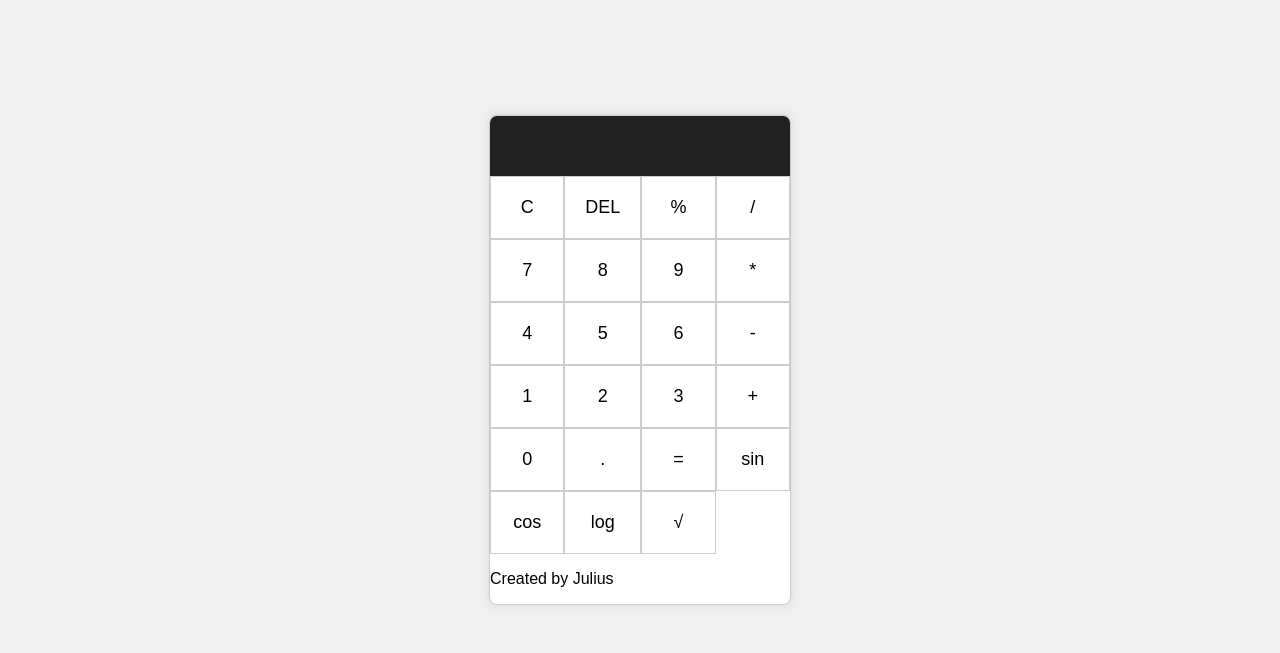
Repository: JuliusMonday/myCalculator
Page: index.html
The author's editor kept a copy of each file at every save. The page is drawn from the files as they stood at one save, then again after a run of saves.
The browser window is 1280 px wide. The pictures show the whole page.

Above is the page before, as saved 2024-05-31 08:42:06.

### index.html
<!DOCTYPE html>
<html lang="en">
<head>
    <meta charset="UTF-8">
    <meta name="viewport" content="width=device-width, initial-scale=1.0">
    <title>JuliusCalc - Scientific Calculator</title>
    <link rel="stylesheet" href="styles.css">
</head>
<body>
    <div class="calculator">
        <div class="display">
            <input type="text" id="result" disabled>
        </div>
        <div class="buttons">
            <button onclick="clearDisplay()">C</button>
            <button onclick="deleteChar()">DEL</button>
            <button onclick="appendChar('%')">%</button>
            <button onclick="appendChar('/')">/</button>

            <button onclick="appendChar('7')">7</button>
            <button onclick="appendChar('8')">8</button>
            <button onclick="appendChar('9')">9</button>
            <button onclick="appendChar('*')">*</button>

            <button onclick="appendChar('4')">4</button>
            <button onclick="appendChar('5')">5</button>
            <button onclick="appendChar('6')">6</button>
            <button onclick="appendChar('-')">-</button>

            <button onclick="appendChar('1')">1</button>
            <button onclick="appendChar('2')">2</button>
            <button onclick="appendChar('3')">3</button>
            <button onclick="appendChar('+')">+</button>

            <button onclick="appendChar('0')">0</button>
            <button onclick="appendChar('.')">.</button>
            <button onclick="calculate()">=</button>

            <button onclick="appendChar('Math.sin(')">sin</button>
            <button onclick="appendChar('Math.cos(')">cos</button>
            <button onclick="appendChar('Math.log(')">log</button>
            <button onclick="appendChar('Math.sqrt(')">√</button>
        </div>
        <p>Created by Julius</p>
    </div>
    <script src="index.js"></script>
</body>
</html>

### styles.css
body {
    display: flex;
    justify-content: center;
    align-items: center;
    height: 100vh;
    background-color: #f0f0f0;
    font-family: 'Arial', sans-serif;
    margin: 0;
}

.calculator {
    width: 300px;
    border: 1px solid #ccc;
    border-radius: 8px;
    overflow: hidden;
    box-shadow: 0 0 10px rgba(0, 0, 0, 0.1);
    background-color: #ffffff;
}

.display {
    background-color: #222;
    color: #fff;
    padding: 0;
    font-size: 24px;
    position: relative;
    height: 60px;
    display: flex;
    align-items: flex-end;
    padding-right: 10px;
}

.display input {
    width: 100%;
    border: none;
    background: none;
    color: #fff;
    text-align: right;
    font-size: 24px;
    padding: 0;
    box-sizing: border-box;
    line-height: 60px;
    height: 60px;
}

.buttons {
    display: grid;
    grid-template-columns: repeat(4, 1fr);
}

button {
    padding: 20px;
    font-size: 18px;
    border: 1px solid #ccc;
    background-color: #fff;
    cursor: pointer;
    transition: background-color 0.2s;
}

button:hover {
    background-color: #f0f0f0;
}

button:active {
    background-color: #ddd;
}

/* Responsive Design */
@media (max-width: 600px) {
    .calculator {
        width: 100%;
        height: 100%;
        border-radius: 5;
    }
    .display {
        padding: 10px;
        font-size: 20px;
        height: 500px;
        /* margin-bottom: 100px; */
    }
    button {
        padding: 15px;
        font-size: 20px;
    }
}

### index.js
// script.js

function appendChar(char) {
    document.getElementById('result').value += char;
}

function clearDisplay() {
    document.getElementById('result').value = '';
}

function deleteChar() {
    let currentDisplay = document.getElementById('result').value;
    document.getElementById('result').value = currentDisplay.slice(0, -1);
}

function calculate() {
    try {
        let expression = document.getElementById('result').value;

        // Automatically close any opened parentheses
        let openParenthesisCount = (expression.match(/\(/g) || []).length;
        let closeParenthesisCount = (expression.match(/\)/g) || []).length;
        let missingCloseParenthesis = openParenthesisCount - closeParenthesisCount;

        for (let i = 0; i < missingCloseParenthesis; i++) {
            expression += ')';
        }

        let result = eval(expression);
        document.getElementById('result').value = result;
    } catch (error) {
        document.getElementById('result').value = 'Error';
    }
}

After the next 3 saves:
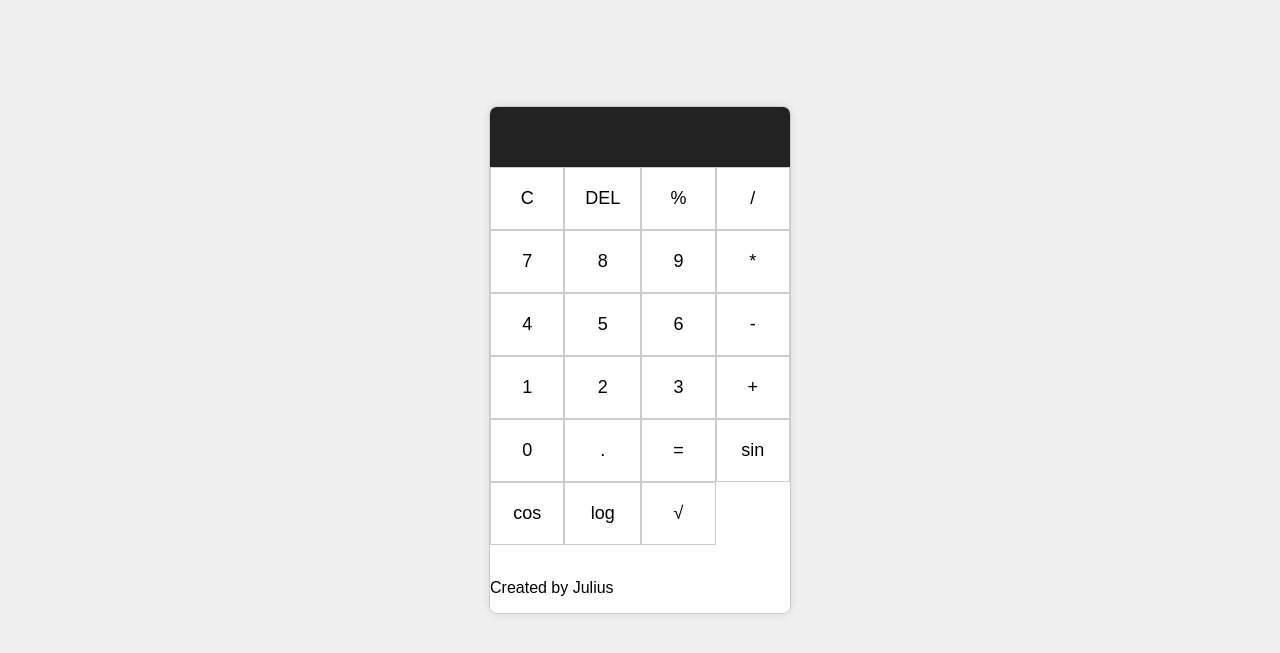
The 3 saves are shown as one change because they came seconds apart.
The last was saved 50 s later.
--- a/index.html
+++ b/index.html
@@ -41,7 +41,7 @@
             <button onclick="appendChar('Math.log(')">log</button>
             <button onclick="appendChar('Math.sqrt(')">√</button>
         </div>
-        <p>Created by Julius</p>
+        <marquee></marquee><p>Created by Julius</p>
     </div>
     <script src="index.js"></script>
 </body>
